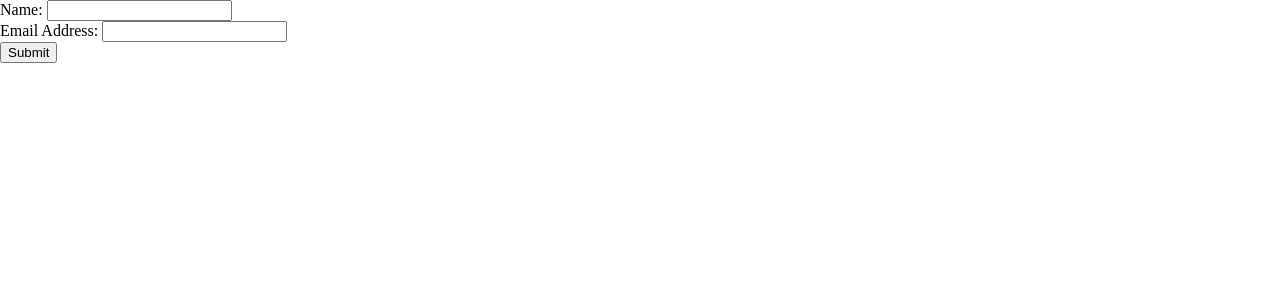
Repository: lamilekan263/contactKeep
Page: index.html
These files come from the project's save history. The page is drawn as it stood at one moment and after a run of saves; the edit follows.
The browser window is 1280 px wide. The pictures show the whole page.

Above is the page before, as saved 2020-09-11 18:17:39.

After the next 2 saves:
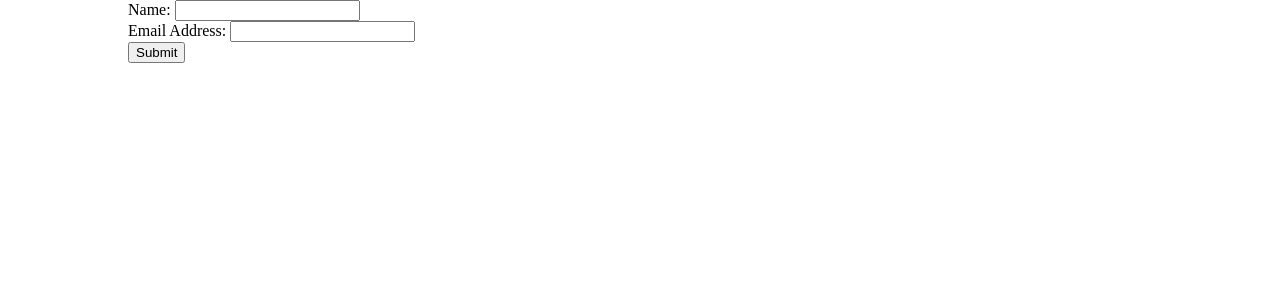
The 2 saves are shown as one change because they came seconds apart.
The last was saved 6 s later.
--- a/main.css
+++ b/main.css
@@ -5,5 +5,6 @@
 
 .container{
     width:80%;
-    margin:
+    margin:0 auto;
+
 }
